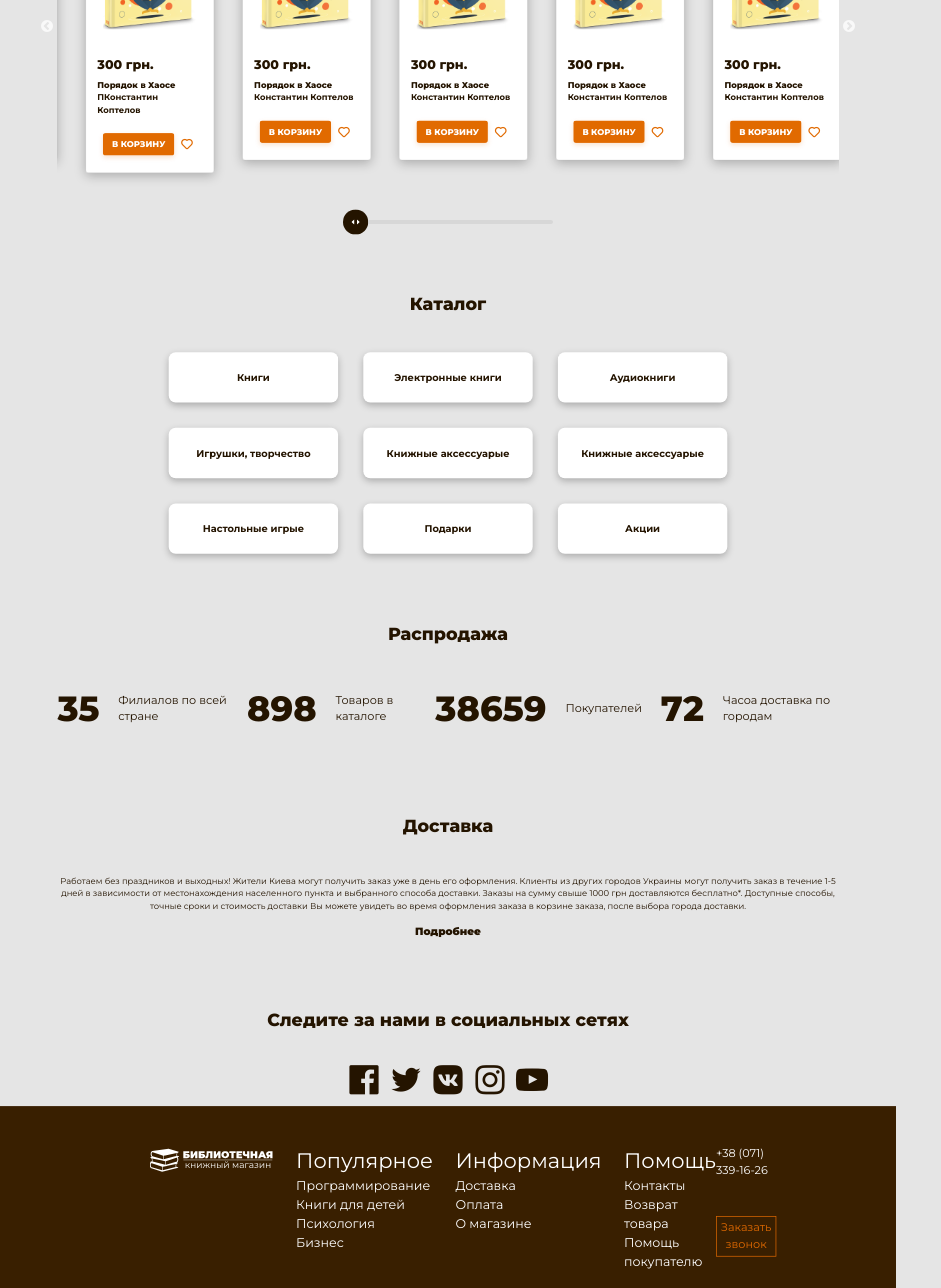
Repository: saidabbasun/Kutubxona
Page: /
An editor plug-in stored every save of this project. The page is shown before and after a run of saves, followed by the edit.
The browser window is 1280 px wide. The page is 1344 px wide, so the pictures cover 1344 px, including what lies to the right of the window. The pictures show the part of the page from y = 1833 to 3673 px (the page is 3673 px tall before and 3628 px after), at 70% of full size.
The project was rebuilt for these pictures with package versions that can differ from the ones it lists, and the page was loaded fresh each time.

Above is the page before, as saved 2022-05-30 19:18:18.

### public/index.html
<!DOCTYPE html>
<html lang="en">
  <head>
    <meta charset="utf-8" />
    <link rel="icon" href="%PUBLIC_URL%/favicon.ico" />
    <meta name="viewport" content="width=device-width, initial-scale=1" />
    <meta name="theme-color" content="#000000" />

    <meta
      name="description"
      content="Web site created using create-react-app"
    />
    <link rel="stylesheet" href="https://unicons.iconscout.com/release/v4.0.0/css/line.css">
    <link href="https://cdn.jsdelivr.net/npm/bootstrap@5.0.2/dist/css/bootstrap.min.css" rel="stylesheet" integrity="sha384-EVSTQN3/azprG1Anm3QDgpJLIm9Nao0Yz1ztcQTwFspd3yD65VohhpuuCOmLASjC" crossorigin="anonymous">
    <title>React App</title>
  </head>
  <body>
    <noscript>You need to enable JavaScript to run this app.</noscript>
    <div id="root"></div>
    <script src="https://cdn.jsdelivr.net/npm/bootstrap@5.0.2/dist/js/bootstrap.bundle.min.js" integrity="sha384-MrcW6ZMFYlzcLA8Nl+NtUVF0sA7MsXsP1UyJoMp4YLEuNSfAP+JcXn/tWtIaxVXM" crossorigin="anonymous"></script>
    <script src="https://cdn.jsdelivr.net/npm/@popperjs/core@2.9.2/dist/umd/popper.min.js" integrity="sha384-IQsoLXl5PILFhosVNubq5LC7Qb9DXgDA9i+tQ8Zj3iwWAwPtgFTxbJ8NT4GN1R8p" crossorigin="anonymous"></script>
    <script src="https://cdn.jsdelivr.net/npm/bootstrap@5.0.2/dist/js/bootstrap.min.js" integrity="sha384-cVKIPhGWiC2Al4u+LWgxfKTRIcfu0JTxR+EQDz/bgldoEyl4H0zUF0QKbrJ0EcQF" crossorigin="anonymous"></script>
  </body>
</html>

### src/Components/Home/Home.jsx
import React from 'react'
import Header from './Header'
import Slider from '../../assets/img/Слайдер.png'
import '../../Style/Home/Home.scss';
const Home = () => {
  return (
    <div >
      <Header/>
      <div className="  container aktsiya row" id='Aktsiya'  >

        <div className="col-5">
  <div className="card-body ">
    <h1 className="card-title ">Киниги от  А до Я</h1>
    <p className="card-text">В нашем магазине можно найти книгу на любой вкус. Большой ассортимент. Приятные цены. Интересные сюжеты.</p>
    <a href="#" className="btn btnAksiya">Перейти в каталог</a>

</div>
        </div>
        <div className="col-1"></div>
        <div className="col-6 Slider">
          <img className='Slider' src={Slider} alt="Slider" />
        </div>
      </div>


    </div>
  )
}

export default Home;

### src/Components/Home/Catagory.jsx
import "../../Style/Home/Catagory.scss";

import React from 'react'

import Carusel from "./Carusel";

const Catagory = () => {
  return (
    <div>
       <div className="mt-5 container-xl" id="Catagory">
          <nav class="navbar navbar-expand-xl navbar-light  d-flex align-items-center ">
            <a class="navbar-brand fw-bold">Горячие поступления </a>

            <ul class="navbar-nav mr-auto">
              <li class="nav-item active">
                <a class="nav-link" href="#">
                  Фантастика
                </a>
              </li>
              <li class="nav-item">
                <a class="nav-link" href="#">
                  Саморазвитие
                </a>
              </li>
              <li class="nav-item">
                <a class="nav-link" href="#">
                  Детективы
                </a>
              </li>
              <li class="nav-item active">
                <a class="nav-link" href="#">
                  Детские
                </a>
              </li>
              <li class="nav-item">
                <a class="nav-link" href="#">
                  Аудиокниги
                </a>
              </li>
              <li class="nav-item">
                <a class="nav-link" href="#">
                  Другие
                </a>
              </li>
            </ul>
          </nav>
          <div className="cardWrapper">
          <Carusel/>
          </div>
          </div>
    </div>
  )
}

export default Catagory

### src/Style/Globl/_globl.scss
@import './variable';
@import './font-face.scss';
@import './Media.scss';

*{
    box-sizing: border-box;
    margin: 0;
    padding: 0;
    color: $color_text  ;
    list-style: none;
}
body{
    font-family: Montserrat;
    background: $color_bg;
    color: $color_text;
}
textarea:hover,
input:hover,
textarea:active,
input:active,
textarea:focus,
input:focus,
button:focus,
button:active,
button:hover,
label:focus,
.btn:active,
.btn.active
{
    outline:0px !important;
    -webkit-appearance:none;
    box-shadow: none !important;
}
.container{
    width: 80vw;
    margin: 0 auto;
}
i{
    cursor: pointer;
}

### src/Components/Aktsiya/Aktsiya.jsx
import React from 'react'
import '../../Style/Aktsiya/Aktsiya.scss'
import Carusel from '../Home/Carusel'
const Aktsiya = () => {
  return (
    <div>
        <div className="container-xl pt-5 mt-5" id='Aksiya'>
         <div className="title">
             <p>Распродажа</p>
         </div>
         <Carusel/>

        </div>
    </div>
  )
}

export default Aktsiya

### src/Components/Ctalog/Catalog.jsx
import React from 'react'
  import '../../Style/Catalog/Catalog.scss';
const Catalog = () => {

 const  listItem=['Книги','Электронные книги','Аудиокниги','Игрушки, творчество','Книжные аксессуарые','Книжные аксессуарые','Настольные игрые','Подарки','Акции']
  return (
    <div className=' container-xl  mt-5' id='Katalog'>
        <div className="title   pt-5">
            <p>Каталог</p>
        </div>
        <div className="CatalogWrapper" >
          {listItem.map((text,ind)=>(

      <button key={ind} className='Button '><a className='btnText' href="#">{text}</a></button>



          ))}
          </div>
        </div>

  )
}

export default Catalog

### src/Components/About/About.jsx
import React from 'react'
import '../../Style/About/Abot.scss'
const About = () => {
  return (

           <div className="container-xl pt-5 mt-5" id='About'>
         <div className="title">
             <p>Распродажа</p>
         </div>
         <div className="Wrapper">
             <p className="Namber">
                 35
             </p>
             <p className="Text">
             Филиалов по всей стране
             </p>
             <p className="Namber">
                 898
             </p>
             <p className="Text">
             Товаров в каталоге
             </p>
             <p className="Namber">
                 38659
             </p>
             <p className="Text">
             Покупателей
             </p>
             <p className="Namber">
                 72
             </p>
             <p className="Text">
             Часоа доставка по городам
             </p>
         </div>
    </div>
  )
}

export default About

### src/Components/Dastafka/Dastafka.jsx
import React from 'react'
import '../../Style/Dastafka/Dastafka.scss'
const Dastafka = () => {
  return (
    <div className="container-xl pt-5 mt-5" id='About'>
    <div className="title">
        <p>Доставка</p>
    </div>
    <div className="d_Text">
        <p>Работаем без праздников и выходных! Жители Киева могут получить заказ уже в день его оформления. Клиенты из других городов Украины могут получить заказ в течение 1-5 дней в зависимости от местонахождения населенного пункта и выбранного способа доставки. Заказы на сумму свыше 1000 грн доставляются бесплатно*. Доступные способы, точные сроки и стоимость доставки Вы можете увидеть во время оформления заказа в корзине заказа, после выбора города доставки.


</p>
<a href="#" className='d_link'>Подробнее</a>
    </div>
    </div>
  )
}

export default Dastafka

### src/Components/Blog/Blog.jsx
import '../../Style/Blog/Blog.scss';
import React from 'react'

const Blog = () => {
  return (

         <div className="container-xl pt-5 mt-5" id='About'>
    <div className="title">
        <p>Следите за нами в социальных сетях</p>
    </div>

    <div className="Blog">
        <a href="#"><i class="uil uil-facebook blogIcon "></i></a>
        <a href="#"><i class="uil uil-twitter blogIcon"></i></a>
        <a href="#"><i class="uil uil-vk blogIcon"></i></a>
        <a href="#"><i class="uil uil-instagram blogIcon"></i></a>
        <a href="#"><i class="uil uil-youtube blogIcon"></i></a>
    </div>
 </div>
  )
}

export default Blog

### src/Components/Footer/Footer.jsx
import '../../Style/Footer/Footer.scss';
import React from 'react'
import Logo from '../../assets/icon/FooterLogo.svg'

const Footer = () => {
  return (
    <div className='Footer'>
        <div className="GridItem">

       <div>
       <img src={Logo} alt="" />
       </div>

      <div className="List">
        <ul>
            <li>Популярное</li>
            <li> Программирование</li>
            <li>Книги для детей</li>
            <li> Психология</li>
            <li> Бизнес</li>
        </ul>
        <ul>
            <li>Информация</li>
            <li>  Доставка  </li>
            <li> Оплата</li>
            <li>  O магазине</li>

        </ul>
        <ul>
            <li>Помощь</li>
            <li>  Контакты</li>
            <li> Возврат товара</li>
            <li> Помощь покупателю</li>

        </ul>
        </div>
        <div className="Tel">
            <p className="TelNumber">
            +38 (071) 339-16-26
            </p>
            <a href="#"><button className='tel_Btn   '>Заказать звонок</button></a>
        </div>
        </div>
    </div>
  )
}

export default Footer

### src/Components/Home/Header.jsx

import React  from 'react'
import Logo  from '../../assets/icon/Logo.svg'
import Menu from '../../assets/icon/Menu.svg'
import '../../Style/Home/Header.scss'
const Header = () => {
  return (
    <div className='header'>
    <nav className="navbar container-xl justify-content-around navbar-expand-lg navbar-light ">
  <a className="navbar-brand" href="#">
    <img src={Logo} alt="logo" />
  </a>



    <ul className="navbar-nav ">
      <li className="nav-item active">
        <a className="nav-link" href="#">Акции </a>
      </li>
      <li className="nav-item">
        <a className="nav-link" href="#">Каталлог</a>
      </li>
      <li className="nav-item ">
        <a className="nav-link" href="#">Доставка </a>
      </li>
      <li className="nav-item">
        <a className="nav-link" href="#">О магазине</a>
      </li>

      <li className="nav-item">
        <a className="nav-link " href="#">Блог</a>
      </li>
    </ul>

  <form className="  searchForm">
  <i className="uil uil-search"></i>
      <input className="form-control" type="search" placeholder=" Поиск" aria-label="search"/>

    </form>
    <div className='heartCart d-flex  '>
    <i className="uil uil-heart"></i>
    <div className="cart d-flex align-items-center">
    <i className="uil uil-shopping-cart"></i>
    <div className="dropdown">
  <button  className="btn  dropdown-toggle"  id="dropdownMenuButton1" data-bs-toggle="dropdown" aria-expanded="false">
  2 228 грн.  </button>
  <ul className="dropdown-menu" aria-labelledby="dropdownMenuButton1">
    <li><a className="dropdown-item" href="#">2 228 грн.</a></li>
    <li><a className="dropdown-item" href="#">3 228 грн.</a></li>
    <li><a className="dropdown-item" href="#"> 228 грн.</a></li>
  </ul>
</div>
</div>

        </div>
        <img className='menu  d-xxl-none ' src={Menu} alt="Menu" />
</nav>
</div>

  )
}

export default Header

### src/Style/Home/Home.scss
@import '../Globl/variable';
#Aktsiya{

   display: flex;
   align-items: center;
   justify-content: center;
   padding-top: 161px;
   padding-bottom:80px ;



.card-title{
    font-family: MontserratBolt;
    font-weight: 900;
font-size: 36px;
font-style: normal;
}

.btn{
    font-family: MontserratBolt;
background-color: $color_HeartCart;
font-weight: 900;
font-size: 15px;
color: $color_white;
}
}

### src/Style/Home/Catagory.scss
@import '../Globl/variable';


    .cardWrapper{
     padding: 50px   0 ;

    }

    .card{

          margin: 20px 0 20px 40px;
    max-width: 184px;
    box-shadow: 0px 4px 15px rgba(0, 0, 0, 0.25);
}
.card-title{
    font-family: MontserratBolt;
    font-weight: 700;
font-size: 18px;
}
.card-text{
    font-weight: 700;
font-size: 12px;
}
.bookName{
    font-family: MontserratBolt;
    font-style: normal;
font-weight: 700;
font-size: 12px;
}
.btn{
    font-family: MontserratBolt;
    background-color:$color_HeartCart ;
    box-shadow: 0px 3px 8px rgba(225, 106, 0, 0.19);
    color: $color_white;
    font-weight: 900;
font-size: 12px;
text-transform: uppercase;
}
i{
    font-size: 20px;
    color: $color_HeartCart;
}

.scrollInput{
  margin-top: 47px;
  width: 100%;
  display: flex;
  justify-content: center;
}


input[type="range"] {
  -moz-appearance: none;
  -webkit-appearance: none;
  background: #D7D7D7;
  border-radius: 3px;
  height: 6px;
  width: 300px;
  cursor: pointer;
}
  input[type="range"]::-webkit-slider-thumb {
    appearance: none;
    -webkit-appearance: none;
    background-color:$color_text;
    background-image: url("data:[embedded picture, 262 characters]");
    background-position: center;
    background-repeat: no-repeat;
    border: 0;
    border-radius: 50%;
    cursor: pointer;
    height: 36px;
    width: 36px;
  }


  input[type="range"]::-moz-focus-outer {
    border: 0;
  }

### src/Style/Globl/_variable.scss
// colorcolor_HeartCart
$color_white:#FFFFFF;
$color_bg:#E5E5E5;
$color_border: rgba(105, 103, 100, 0.59);
$color_HeartCart:#E16A00;
$color_text:#241400;
$color_footer:#391F00;

### src/Style/Globl/font-face.scss


@font-face {
    font-family:MontserratBolt ;

    src:  url('../../assets/fontFamily/Montserrat/static/Montserrat-ExtraBold.ttf');
  }
  @font-face {
    font-family:Montserrat ;

    src:  url('../../assets/fontFamily/Montserrat/Montserrat-VariableFont_wght.ttf');
  }

### src/Style/Globl/Media.scss
@import './variable';


// Tablet media query

@media (max-width: 992px) {


    .navbar-nav{
    display: none;


    }
   }

### src/Style/Aktsiya/Aktsiya.scss
.title{
    font-weight: 900;
font-size: 25px;
font-family: MontserratBolt;
text-align: center;
margin-bottom: 50px;
}

### src/Style/Catalog/Catalog.scss
@import '../Globl/variable';

.CatalogWrapper{
    max-width: 798px;
    margin: 0 auto;
    display:grid;
    grid-template-columns:repeat(3,1fr);
    gap: 36px;
}
.Button{
    background:$color_white;
box-shadow: 0px 4px 11px rgba(0, 0, 0, 0.25);
border-radius: 10px;
border: none;
padding: 24px 0;
}
.btnText{
text-decoration: none;
 color: $color_text;
    font-weight: 700;
    font-size: 14px;
}

### src/Style/About/Abot.scss
@import '../Globl/variable';

.Wrapper{
    display: flex;
    align-items: center;
    column-gap: 27px;
    justify-content: center;
}
.Namber{
    font-style: normal;
font-weight: 900;
font-size: 50px;
font-family: MontserratBolt;
}

### src/Style/Dastafka/Dastafka.scss
@import '../Globl/variable';
.d_Text{
    font-style: normal;
font-weight: 400;
font-size: 12px;
display: flex;
flex-direction: column;
align-items: center;
text-align: center;

}
.d_link{
    text-decoration: none;
    color: $color_text;
    font-size: 15px;
    font-weight: 900;
}

### src/Style/Blog/Blog.scss
@import '../Globl/variable';
.blogIcon{

    color: $color_text;
    font-size: 50px;
    padding: 5px;

}
.Blog{
    margin-top: -20px;
    text-align: center;
}

### src/Style/Footer/Footer.scss
@import '../Globl/variable';
.Footer{
    padding: 56px 214px 8px;
    background-color: $color_footer;

}
.GridItem{
    display: grid;
    grid-template-columns: repeat(3,auto);
    grid-row: 110px;
}
.List{
    font-style: normal;
font-weight: 400;
font-size: 18px;
display: grid;
grid-template-columns: repeat(3,auto);

}
li{
    color: $color_white;
}
.Tel{
    display:grid ;
    grid-column: 10px;

}
.TelNumber{
    color: $color_white;
}
.tel_Btn{
    background-color: transparent;
    border: 1px solid $color_HeartCart;
    color: $color_HeartCart;
    padding: 4px 6px;
}

li:nth-child(1) {
        font-size: 30px;
}

### src/Style/Home/Header.scss
@import '../Globl/variable';

.header{
    position: fixed;
    left: 0;
    right: 0;
    top: 0;
}

.nav-link{
    font-style: normal;
font-weight: 400;
font-size: 12px;
}
.searchForm{
    max-width: 200px;
    display: flex;
    align-items: center;
    border-bottom: 1px solid  $color_border;
    input{
        border: none;
        background: $color_bg;
        font-size: 12px;
    }

    input:focus{
        box-shadow: none;
        background: $color_bg;
    }
}
.heartCart{
gap: 10px;
i{

    color: $color_HeartCart;
    font-size: 40px;

}
}
.dropdown {
    margin-left: -10px;
    button{

        font-size: 14px;
            }
}
.dropdown-menu{
    font-weight: 400;
    font-size: 14px;
    background-color: $color_bg;
}

Loaded but not shown: src/index.js (common file); src/App.js (25 lines, source omitted); src/Components/Home/Carusel.jsx (191 lines, source omitted)

After the next 2 saves:
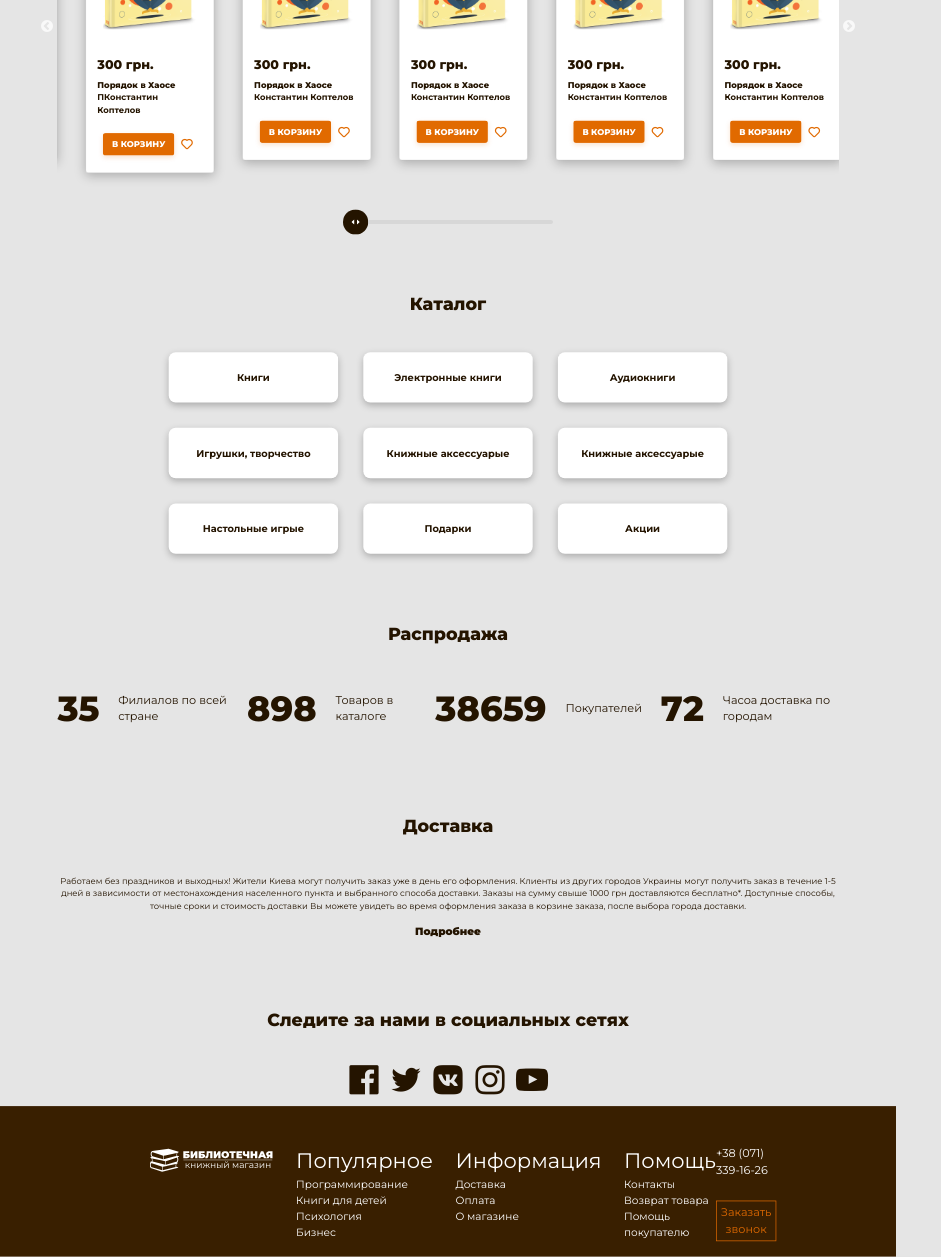
The 2 saves are shown as one change because they came seconds apart.
The last was saved 33 s later.
--- a/src/Style/Footer/Footer.scss
+++ b/src/Style/Footer/Footer.scss
@@ -12,7 +12,7 @@
 .List{
     font-style: normal;
 font-weight: 400;
-font-size: 18px;
+font-size: 15px;
 display: grid;
 grid-template-columns: repeat(3,auto);
 
